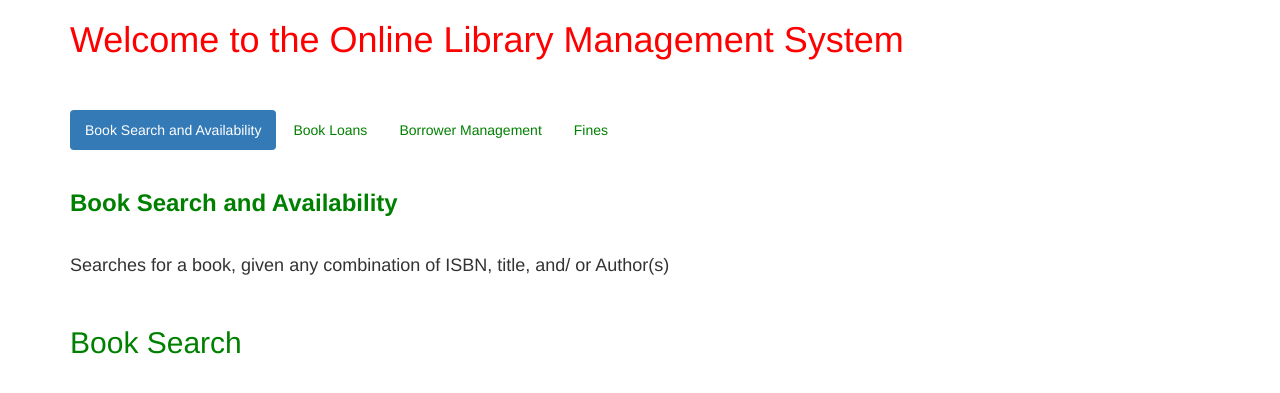
Repository: ApurvaMithal/LibraryManagementSystem
Page: http://localhost/LibraryManagementSystem/
These files come from the project's save history. The page is drawn as it stood at one moment and after the next save; the edit follows.
The browser window is 1280 px wide. The pictures show the whole page.
The page is served by Tomcat 9.

Above is the page before, as saved 2018-03-03 01:46:58.

After the next save:
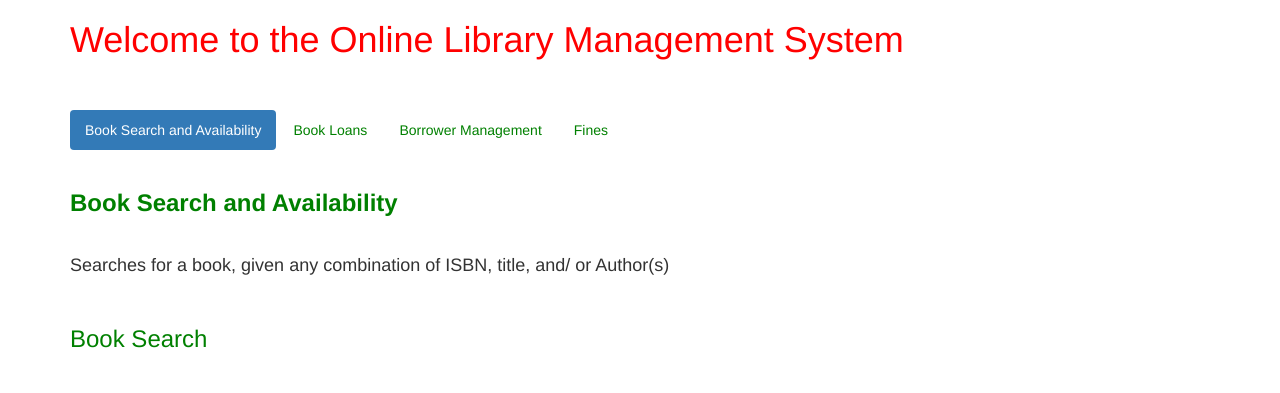
Saved 12 s later.
--- a/eclipse/LibraryManagementSystem/WebContent/index.jsp
+++ b/eclipse/LibraryManagementSystem/WebContent/index.jsp
@@ -50,7 +50,7 @@ a:active {
 				<h3><font color = "green"><strong>Book Search and Availability</strong></font></h3></br>
 				<h4>Searches for a book, given any combination of ISBN, title, and/
 				or Author(s)</h4></br>
-				<h2><a href="BookSearch.jsp" target="_blank">Book Search</a> </h2>
+				<h3><a href="BookSearch.jsp" target="_blank">Book Search</a> </h3>
 
 				</div>
 			<div id="BookLoans" class="tab-pane fade">
